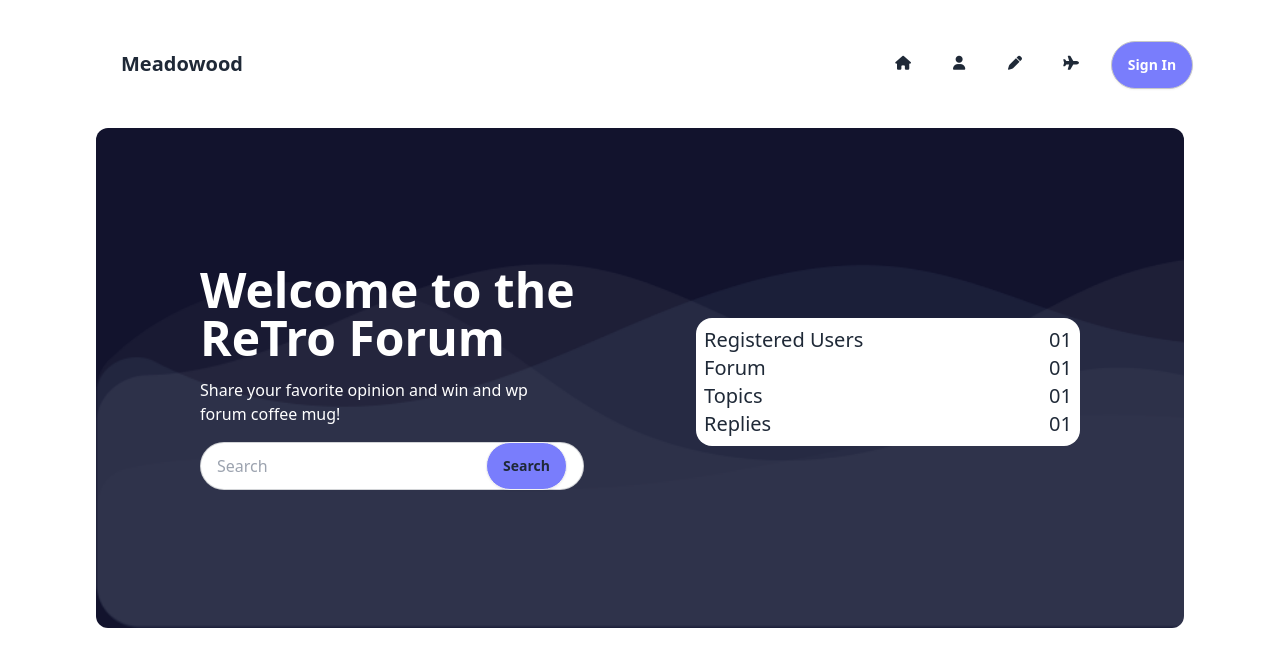
Repository: RudrasahaDibos/Meadowood-Forum
Page: index.html
An editor plug-in stored every save of this project. The page is shown before and after a run of saves, followed by the edit.
The browser window is 1280 px wide. The pictures show the whole page.
Some web libraries are served in a nearby version.

Above is the page before, as saved 2024-11-24 13:16:17.

### index.html
<!DOCTYPE html>
<html lang="en">
    <head>
        <meta charset="UTF-8">
        <meta name="viewport" content="width=device-width, initial-scale=1.0">
        <title>Meadowood Forum</title>

        <!-- tailwind  -->
        <link
            href="https://cdn.jsdelivr.net/npm/daisyui@4.12.14/dist/full.min.css"
            rel="stylesheet" type="text/css" />
        <script src="https://cdn.tailwindcss.com"></script>

        <!-- font awesome  -->
        <link rel="stylesheet"
            href="https://cdnjs.cloudflare.com/ajax/libs/font-awesome/6.7.1/css/all.min.css"
            integrity="sha512-5Hs3dF2AEPkpNAR7UiOHba+lRSJNeM2ECkwxUIxC1Q/FLycGTbNapWXB4tP889k5T5Ju8fs4b1P5z/iB4nMfSQ=="
            crossorigin="anonymous" referrerpolicy="no-referrer" />

    </head>
    <body class="container mx-auto lg:px-24 px-8">
        <!-- header is start here  -->
        <header class="mt-8">
            <!-- navbar is start here  -->
            <div class="navbar bg-base-100">
                <div class="flex-1">
                    <a class="btn btn-ghost text-xl">Meadowood</a>
                </div>
                <div class="flex-none">
                    <div class="dropdown dropdown-end mr-6">
                        <div  role="button"
                            class="btn btn-ghost btn-circle flex w-full  ">
                            <div class="indicator rounded-full border-1 h-8 w-8 mr-4 tooltip" data-tip="home">
                                <i class="fa-solid fa-house h-5 w-5 mx-auto mt-2"></i>
                            </div>
                            <div class="indicator rounded-full border-1 h-8 w-8 mr-4 tooltip" data-tip="User">
                                <i class="fa-solid fa-user h-5 w-5 mx-auto mt-2"></i>
                            </div>
                            <div class="indicator rounded-full border-1 h-8 w-8 mr-4 tooltip" data-tip="pen">
                                <i class="fa-solid fa-pen h-5 w-5 mx-auto mt-2"></i>
                            </div>
                            <div class="indicator rounded-full border-1 h-8 w-8 mr-4 tooltip" data-tip="flight">
                                <i class="fa-solid fa-plane h-5 w-5 mx-auto mt-2"></i>
                            </div>
                        </div>

                    </div>
                    <div class="dropdown dropdown-end">
                        <div tabindex="0" role="button"
                            class="btn btn-ghost btn-circle avatar">

                                <button class="btn btn-active bg-[#797DFC] text-white rounded-full ">Sign In</button>

                        </div>
                        <ul
                            tabindex="0"
                            class="menu menu-sm dropdown-content bg-base-100 rounded-box z-[1] mt-3 w-52 p-2 shadow">
                            <li>
                                <a class="justify-between">
                                    Profile
                                    <span class="badge">New</span>
                                </a>
                            </li>
                            <li><a>Settings</a></li>
                            <li><a>Logout</a></li>
                        </ul>
                    </div>
                </div>
            </div>
            <!-- navbar is  end here  -->

             <!-- bannner start here  -->
             <div class="lg:w-full w-[450px] relative bg-no-repeat bg-cover h-[500px] z-0 rounded-xl overflow-hidden mt-8 bg-[#12132D]" style="background-image: url('/images/bgbanner.png');">
                <div class="relative top-0 left-0 w-full h-full z-10  flex lg:flex-row flex-col justify-center items-center gap-28 space-y-2">

                  <div class="space-y-4">
                    <h2 class="text-5xl font-extrabold font-manrope text-white">Welcome to the <br> ReTro Forum</h2>
                    <p class="text-white">Share your favorite opinion and win and wp <br> forum coffee mug!</p>
                    <label class="input input-bordered flex items-center gap-2 w-96 rounded-full">
                        <input type="text" class="grow" placeholder="Search" />
                         <button class="btn bg-[#797DFC] rounded-full">Search</button>
                      </label>
                  </div>

                   <div>
                    <ul class="menu bg-[#FFFFFF] rounded-box w-96">

                        <div class="flex justify-between"><a class="text-xl ">Registered Users</a><a class="text-xl ">01</a></div>
                        <div class="flex justify-between"><a class="text-xl ">Forum</a><a class="text-xl">01</a></div>
                        <div class="flex justify-between"><a class="text-xl ">Topics</a><a class="text-xl">01</a></div>
                        <div class="flex justify-between"><a class="text-xl ">Replies</a><a class="text-xl ">01</a></div>
                      </ul>
                   </div>

                </div>
                </div>
             <!-- bannner end here  -->




        </header>
        <!-- header is end here  -->

        <!-- main is start here  -->
        <main>

        </main>
        <!-- main is end here  -->

        <!-- footer is start here  -->

        <!-- footer is end here  -->
    </body>
</html>

After the next 4 saves:
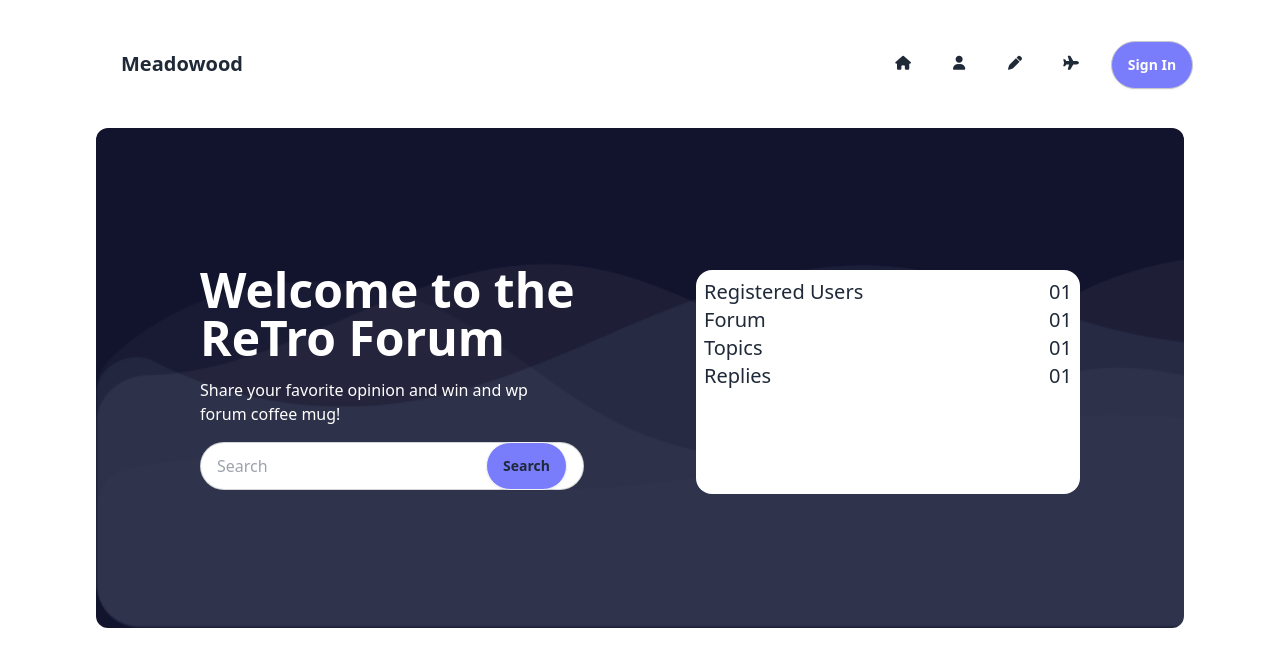
The 4 saves are shown as one change because they came seconds apart.
The last was saved 13 s later.
--- a/index.html
+++ b/index.html
@@ -83,7 +83,7 @@
                   </div>
 
                    <div>
-                    <ul class="menu bg-[#FFFFFF] rounded-box w-96">
+                    <ul class="menu bg-[#FFFFFF] rounded-box w-96 h-56">
 
                         <div class="flex justify-between"><a class="text-xl ">Registered Users</a><a class="text-xl ">01</a></div>
                         <div class="flex justify-between"><a class="text-xl ">Forum</a><a class="text-xl">01</a></div>
